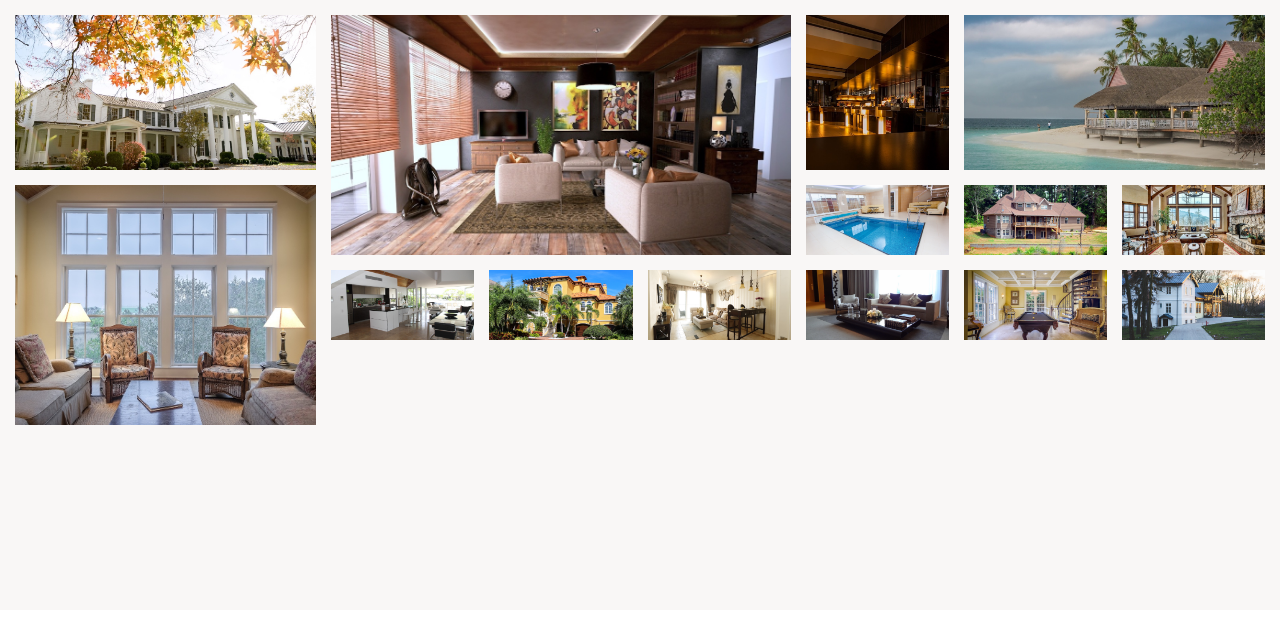
Repository: mikitran721/CSS3
Page: index.html
The author's editor kept a copy of each file at every save. The page is drawn from the files as they stood at one save, then again after the next save.
The browser window is 1280 px wide. The pictures show the whole page.

Above is the page before, as saved 2023-06-18 03:59:28.

After the next save:
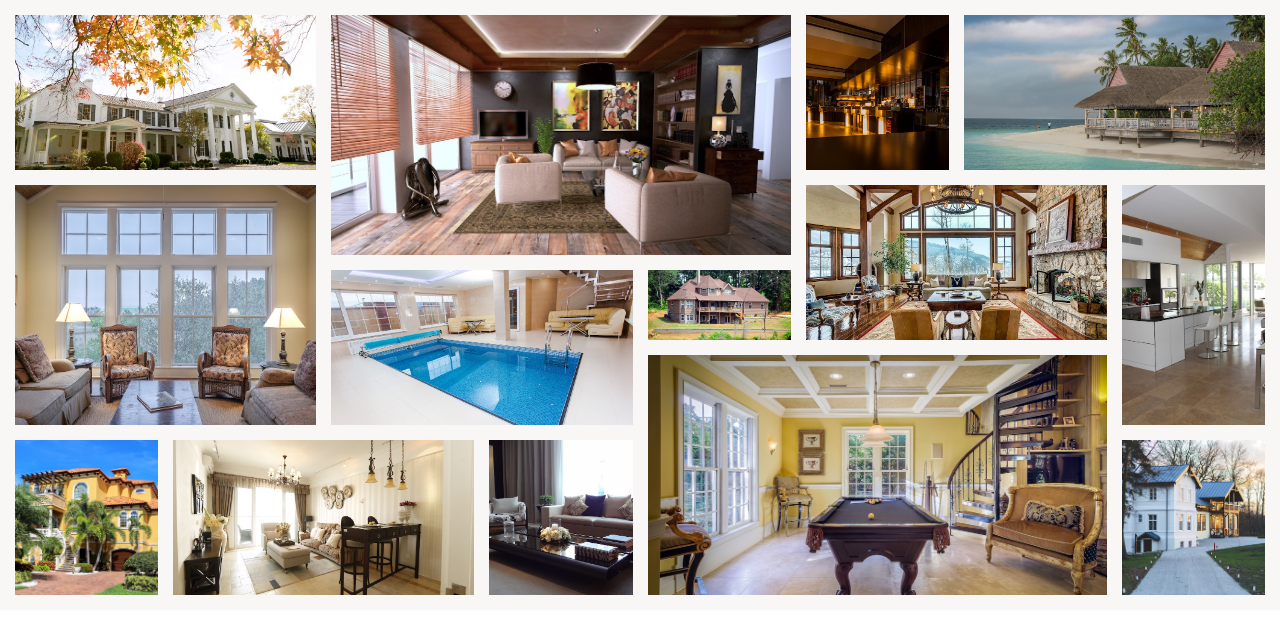
Saved 2 min 57 s later.
--- a/style.css
+++ b/style.css
@@ -180,20 +180,38 @@ html {
   grid-row: 3/6;
 }
 .gallery__item--6 {
+  grid-column: 3/5;
+  grid-row: 4/6;
 }
 .gallery__item--7 {
+  grid-column: 5/6;
+  grid-row: 4/5;
 }
 .gallery__item--8 {
+  grid-column: 6/8;
+  grid-row: 3/5;
 }
 .gallery__item--9 {
+  grid-column: 8/9;
+  grid-row: 3/6;
 }
 .gallery__item--10 {
+  grid-column: 1/2;
+  grid-row: 6/8;
 }
 .gallery__item--11 {
+  grid-column: 2/4;
+  grid-row: 6/8;
 }
 .gallery__item--12 {
+  grid-column: 4/5;
+  grid-row: 6/8;
 }
 .gallery__item--13 {
+  grid-column: 5/8;
+  grid-row: 5/8;
 }
 .gallery__item--14 {
-}
+  grid-column: 8/9;
+  grid-row: 6/8;
+}
